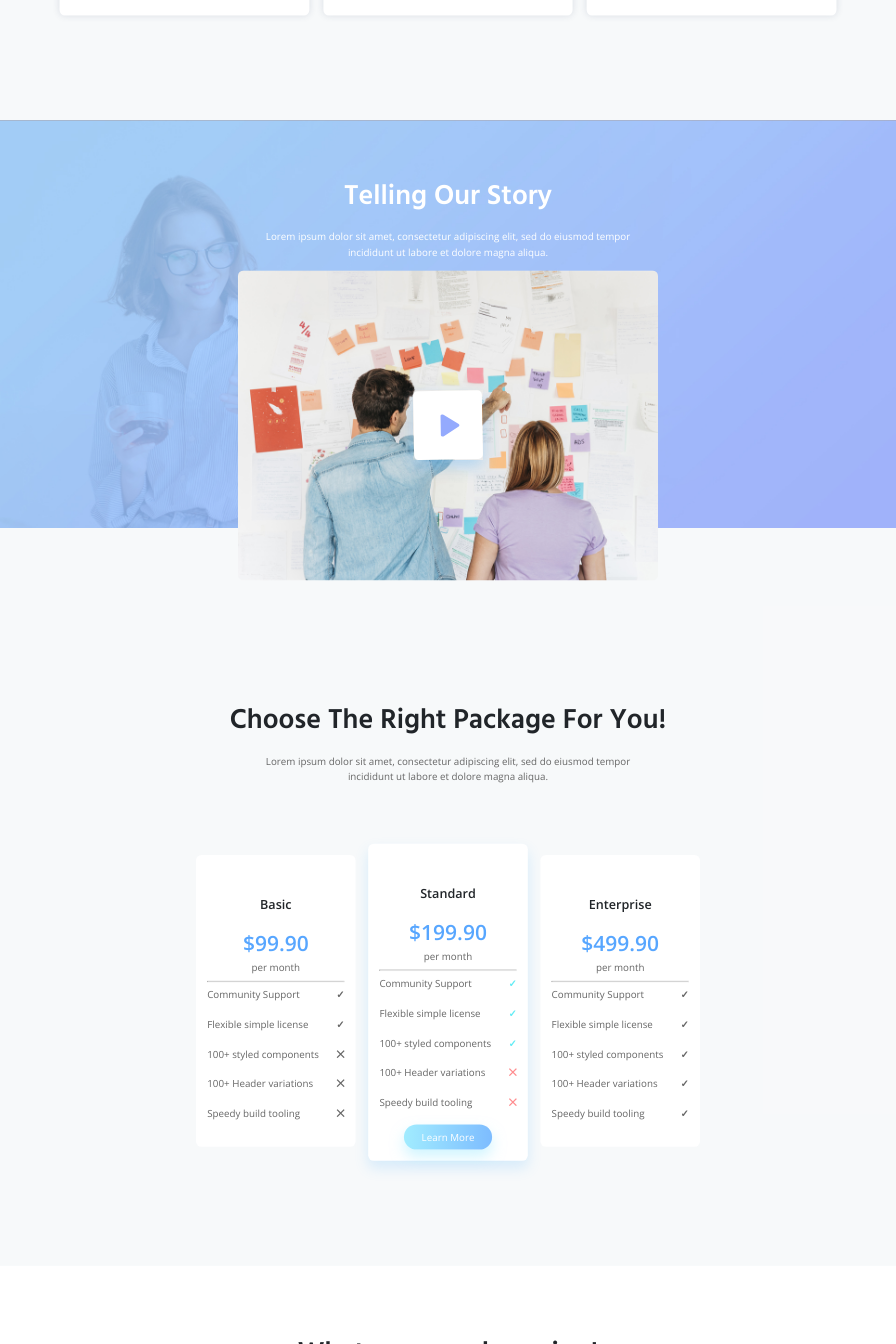
Repository: Sc-Juju/CodeRad
Page: index.html
The author's editor kept a copy of each file at every save. The page is drawn from the files as they stood at one save, then again after the next save.
The browser window is 1280 px wide. The pictures show the part of the page from y = 1676 to 3596 px (the page is 5030 px tall before and 5138 px after), at 70% of full size.
Some web libraries are served in a nearby version.

Above is the page before, as saved 2022-11-28 19:47:56.

After the next save:
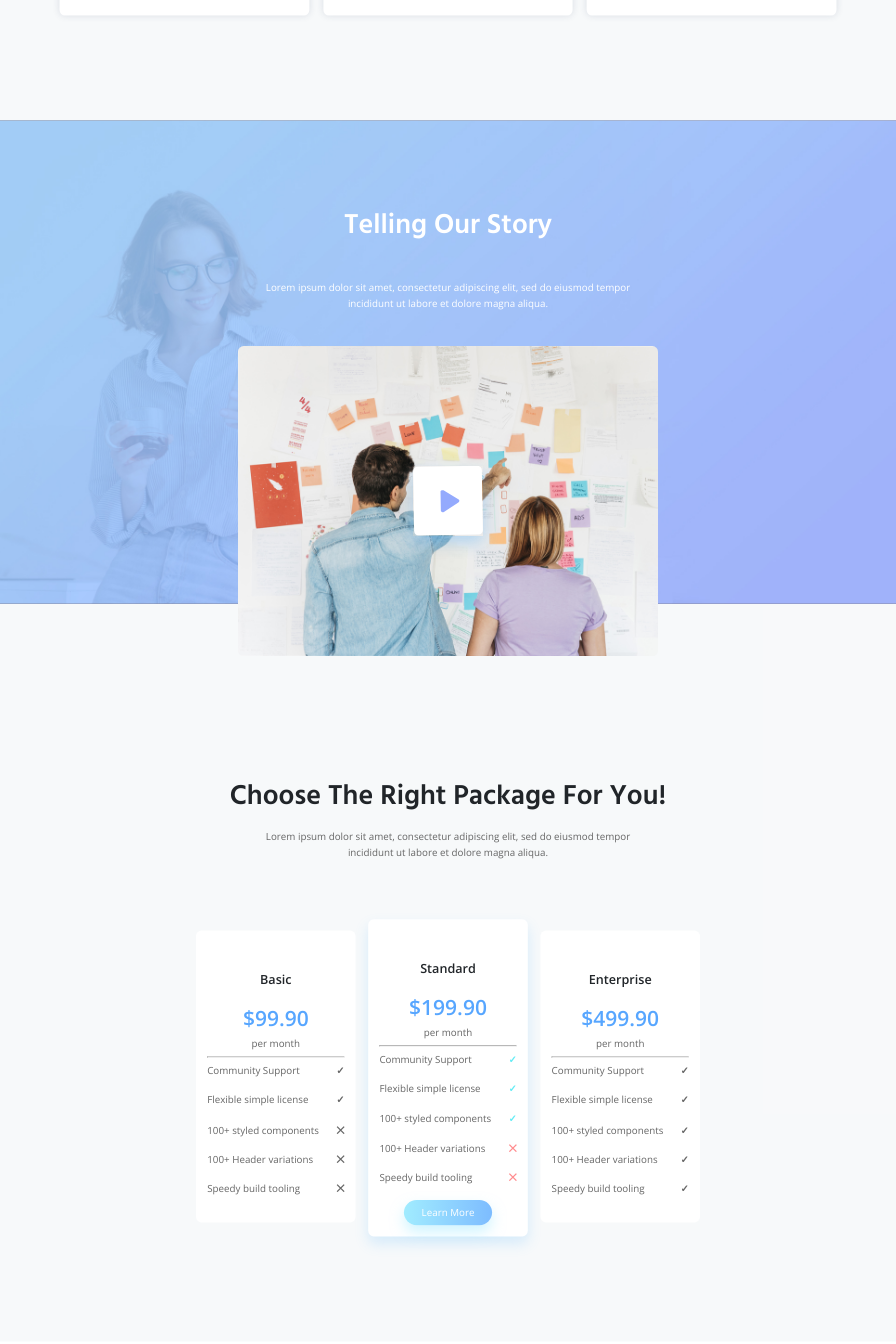
Saved 4 min 19 s later.
--- a/css/styles.css
+++ b/css/styles.css
@@ -132,6 +132,7 @@ span.bg-color-6 {background-image: linear-gradient(90deg, #a1ecff 0%, #7dbcff 10
 .video-demo .block-text h2,
 .video-demo .block-text p{
     color: var(--white);
+    margin: var(--size-50) 0;
 }
 
 .video-btn{
